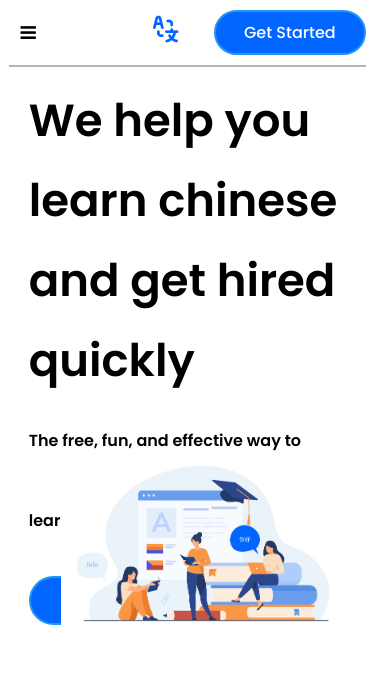
Repository: BinhIT/ChineseLearn
Page: index.html
The author's editor kept a copy of each file at every save. The page is drawn from the files as they stood at one save, then again after the next save.
The browser window is 375 px wide. The page is 378 px wide, so the pictures cover 378 px, including what lies to the right of the window. The pictures show the whole page.

Above is the page before, as saved 2023-03-01 15:39:41.

### index.html
<!DOCTYPE html>
<html lang="en">

<head>
    <meta charset="UTF-8">
    <meta http-equiv="X-UA-Compatible" content="IE=edge">
    <meta name="viewport" content="width=device-width, initial-scale=1.0">
    <link rel="icon" type="image/x-icon" href="./image/uil_english-to-chinese.svg">
    <meta name="viewport" content="width=device-width, initial-scale=1">
    <link rel="stylesheet" href="https://cdnjs.cloudflare.com/ajax/libs/font-awesome/4.7.0/css/font-awesome.min.css">
    <meta name="viewport" content="width=device-width, initial-scale=1">
    <link rel="stylesheet" href="https://cdnjs.cloudflare.com/ajax/libs/font-awesome/4.7.0/css/font-awesome.min.css">
    <link rel="stylesheet" href="./css/header.css">
    <link rel="stylesheet" href="./css/section.css">
    <title>Learn Chinese </title>
</head>

<body>
    <nav id="menu_header">
        <a href="javascript:void(0);" class="icon_nav" onclick="myFunction()">
            <i class="fa fa-bars"></i>
        </a>
        <label class="logo_main"><img src="./image/logo.png" alt=""></label>
        <label class="logo_mobile"><img src="./image/logo_short.png" alt=""></label>
        <ul id="menu_link">
            <li><a href="#">About us</a></li>
            <li><a href="#">Fricing</a></li>
            <li><a href="#">Help</a></li>
        </ul>
        <ul id="menu_btn">
            <button class="btn default">Sign In</button>
            <button class="btn info">Get Started</button>
        </ul>

    </nav>
    <section class="hero-section">
        <div class="row flex-container ">
            <div class="column hero-col1">
                <h1>We help you learn chinese and get hired quickly</h1>
                <h4>The free, fun, and effective way to learn a language!</h4>
                <button class="btn btn_hero">Get Started</button>
            </div>
            <div class="column hero-col2">
                <img src="./image/img-hero.png" alt="">
            </div>
        </div>

    </section>
</body>
<script src="./js/header.js"></script>

</html>

### css/header.css
@import url('https://fonts.googleapis.com/css2?family=Poppins:wght@500;600&display=swap');



* {
    padding: 0;
    margin: 0;
    text-decoration: none;
    list-style: none;
    font-family: 'Poppins', sans-serif;

}

#menu_header {
    display: flex;
    flex-wrap: nowrap;
    justify-content: space-between;
    align-items: center;
}

nav {
    height: 65px;
    width: 90%;
    margin: 0 auto;
    background: #ffffff;
    border-bottom: 2px solid #B3B3B3;
}

label.logo {
    font-size: 35px;
    font-weight: bold;
    color: #fff;
    padding: 0 100px;
    line-height: 80px;
}

nav ul {
    float: right;
    margin-right: 40px;
}

nav li {
    display: inline-block;
    margin: 0 8px;
    line-height: 80px;
}

nav a {
    color: #000000;
    font-size: 18px;
    font-weight: 700;
    border: 1px solid transparent;
    padding: 7px 10px;
    border-radius: 3px;
}

a.active,
a:hover {
    border: 1px solid #000000;
    transition: .5s;
}



.btn {
    border: 2px solid black;
    border-radius: 25px;
    background-color: white;
    color: black;
    font-size: 16px;
    cursor: pointer;

}

/* Blue */
.info {
    background-color: #0066FF;
    border-color: #2196F3;
    color: rgb(255, 255, 255);
    padding: 8px 28px;
}

.info:hover {
    background: #0066FF;
    color: white;
}

/* Gray */
.default {
    border-color: #e7e7e7;
    color: black;
    padding: 8px 28px;
}

.default:hover {
    background: #e7e7e7;
}

/* logo */
.logo_mobile {
    display: none;
}

#menu_header .icon_nav {
    display: none;

}



@media only screen and (max-width:765px) {
    .logo_mobile {
        display: block;
    }

    .logo_main {
        display: none;
    }

    nav {
        width: 95%;
    }

    #menu_header .icon_nav {
        display: block;
        width: 30%;
    }

    #menu_btn {
        display: contents;
        float: right;
    }

    #menu_btn .default {
        display: none;
    }

    #menu_header #menu_link {
        display: none;
    }

    .btn_header {
        font-size: 5px;
        padding: 8px 25px;
    }


}

@media only screen and (max-width: 1024px) {
    nav #icon {
        display: block;
    }

    .logo_mobile {
        display: block;
        width: 15%;
    }

    .logo_main {
        display: none;
    }

    nav a {
        font-size: 18px;
    }

    a.active,
    a:hover {
        border: none;
        color: #3498db;
    }

    nav ul.show {
        left: 0;
    }

    .btn_header {

        font-size: 8px;
    }
}

### css/section.css
/* section hero */
.row {
    width: 90%;
    margin: auto;
    padding: auto;
}

.column {
    flex: 50%;
    padding: 10px;
    height: 300px;
}

.hero-row {
    display: flex;
}

.hero-col1 {
    padding-top: 4%;
    line-height: 5em;
}

.hero-col1 h1 {
    font-size: 45px;

}

.flex-container {
    display: flex;
}

.btn_hero {
    background-color: #0066FF;
    border-color: #2196F3;
    color: rgb(255, 255, 255);
    padding: 10px 35px;
}

/* reponsive section */
/* tablet */
@media screen and (max-width: 1024px) {
    .flex-container {
        flex-wrap: wrap;
    }

    .hero-col2 img {
        width: 90%;
        padding: 12% 10%;
    }
}

/* Mobile */
@media only screen and (min-width: 595px) and (max-width:765px) {
    .hero-col1 {
        line-height: 4em;
    }

    .hero-col1 h1 {
        font-size: 50px;

    }

    .hero-col1 h4 {
        font-size: 30px;

    }

    .hero-col2 img {
        padding: 12% 10%;
    }

}

@media only screen and (min-width: 360px) and (max-width:594px) {
    .hero-col2 img {
        padding: 20% 10%;
    }
}

Loaded but not shown: js/header.js (common file)

After the next save:
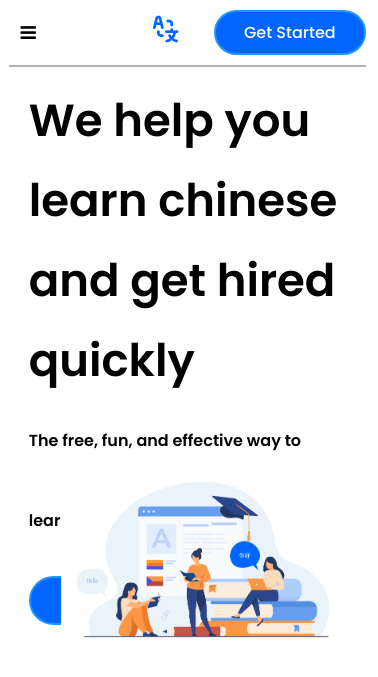
Saved 55 s later.
--- a/css/section.css
+++ b/css/section.css
@@ -73,6 +73,6 @@
 
 @media only screen and (min-width: 360px) and (max-width:594px) {
     .hero-col2 img {
-        padding: 20% 10%;
+        padding: 25% 10%;
     }
 }
